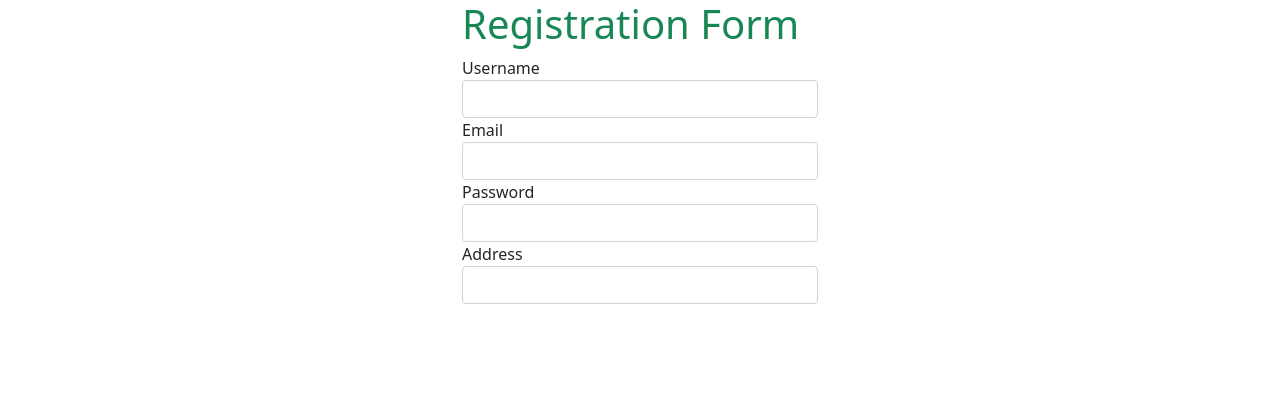
Repository: Laxman877/MyWorkspace
Page: Corejava/Learning_Web/src/main/webapp/boostrapDemo2.html
These files come from the project's save history. The page is drawn as it stood at one moment and after the next save; the edit follows.
The browser window is 1280 px wide. The pictures show the whole page.

Above is the page before, as saved 2022-04-27 06:15:58.

After the next save:
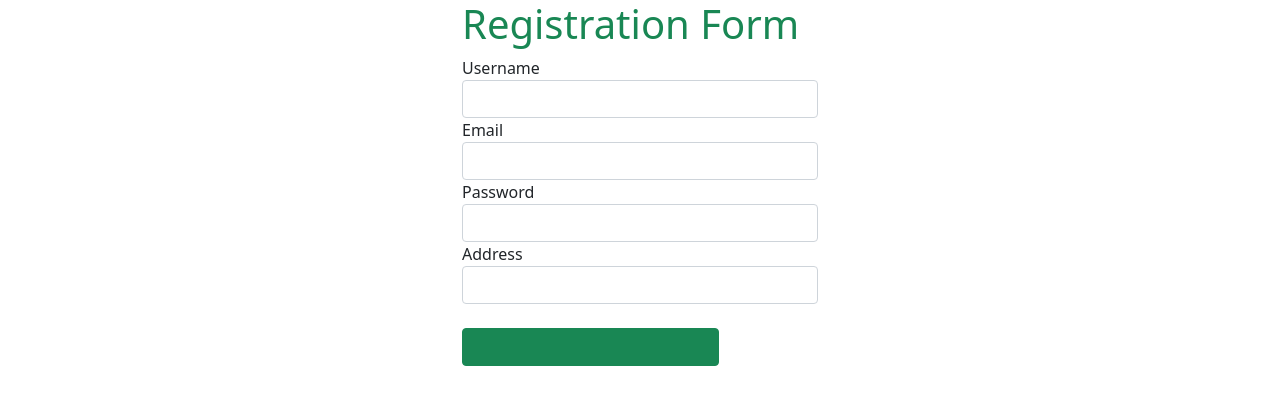
Saved 56 s later.
--- a/Corejava/Learning_Web/src/main/webapp/boostrapDemo2.html
+++ b/Corejava/Learning_Web/src/main/webapp/boostrapDemo2.html
@@ -35,6 +35,8 @@
 <label>Address</label>
 <input type="text" class="form-control">
 </div>
+<br>
+<input type="text" class="btn btn-success">
 </form>
 
 </div>
